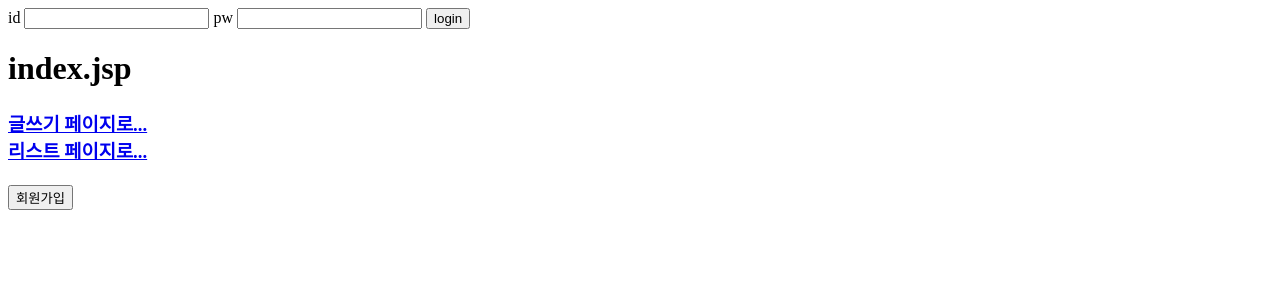
Repository: HaeunOh/study
Page: http://localhost/jsp_study/
The author's editor kept a copy of each file at every save. The page is drawn from the files as they stood at one save, then again after the next save.
The browser window is 1280 px wide. The pictures show the whole page.
The page is served by Tomcat 9.

Above is the page before, as saved 2024-04-15 01:22:43.

After the next save:
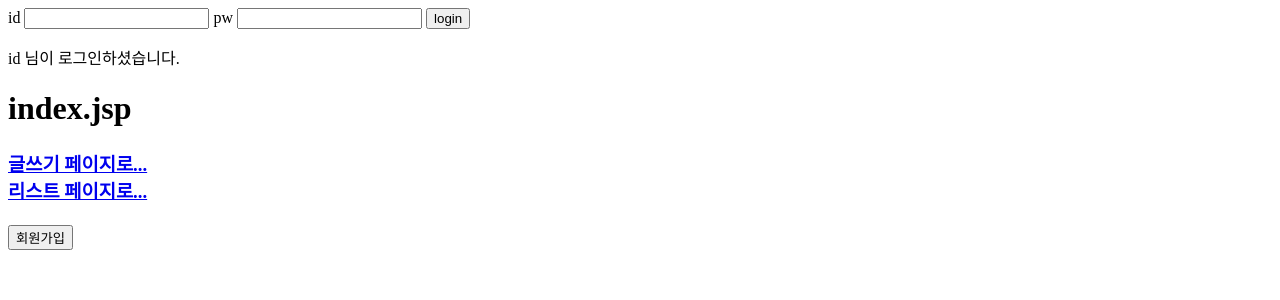
Saved 49 s later.
--- a/_jsp_workspace/jsp_study/src/main/webapp/index.jsp
+++ b/_jsp_workspace/jsp_study/src/main/webapp/index.jsp
@@ -8,6 +8,7 @@
 </head>
 <body>
 	id <input type="text"> pw <input type="text"> <button>login</button>
+	<p> id 님이 로그인하셨습니다. </p>
 	<h1>index.jsp</h1>
 	<h3>
 		<a href="/brd/register">글쓰기 페이지로...</a> <br>
